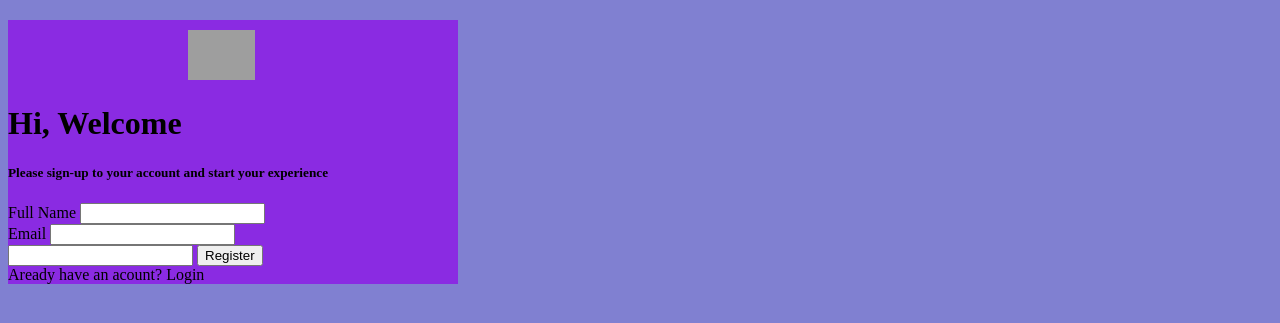
Repository: KingBoyMaylow/movie-task
Page: index.html
The author's editor kept a copy of each file at every save. The page is drawn from the files as they stood at one save, then again after the next save.
The browser window is 1280 px wide. The pictures show the whole page.
Pictures or frames that could not be fetched are drawn as grey boxes.

Above is the page before, as saved 2024-05-20 08:23:00.

After the next save:
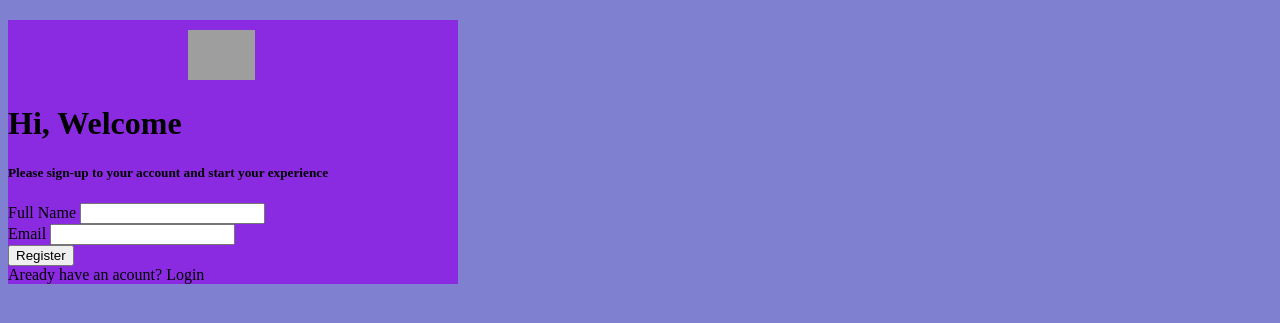
Saved 7 s later.
--- a/index.html
+++ b/index.html
@@ -17,7 +17,7 @@
     <label for="Email1">Email</label>
     <input type="email" id="Email1" name ="Email1" required><br>
 
-    <input type="email" name="email" id="">
+
 
     <input type="submit" value="Register">
   </form>
